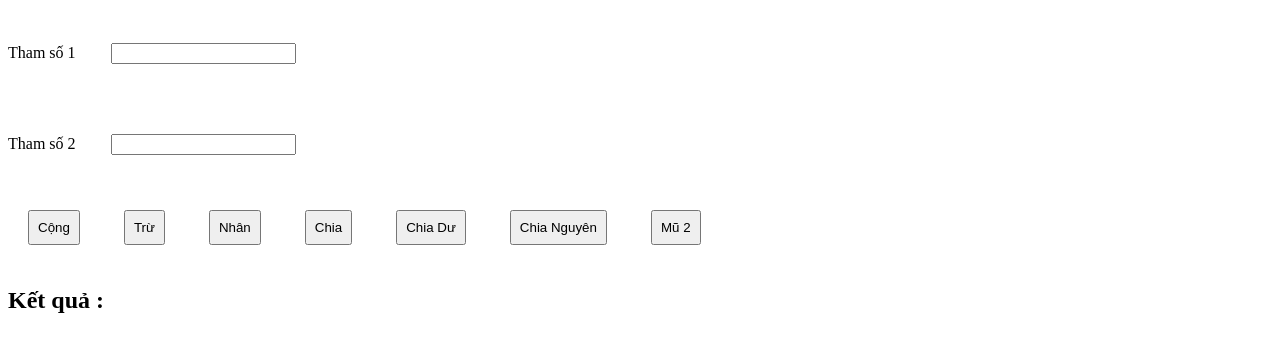
Repository: Toni3498/JsCourse
Page: number/calc.html
These files come from the project's save history. The page is drawn as it stood at one moment and after the next save; the edit follows.
The browser window is 1280 px wide. The pictures show the whole page.

Above is the page before, as saved 2021-08-17 19:40:01.

### number/calc.html
<!DOCTYPE html>
<html lang="en">
  <head>
    <meta charset="UTF-8" />
    <meta http-equiv="X-UA-Compatible" content="IE=edge" />
    <meta name="viewport" content="width=device-width, initial-scale=1.0" />
    <title>JS-Exercises</title>
    <link href="style.css" rel="stylesheet" />
  </head>

  <body>
    <div class="input">
      <label for="ts1">Tham số 1</label><input type="number" id="ts1" /><br />
      <label for="ts2">Tham số 2</label><input type="number" id="ts2" />
    </div>
    <div class="optionCalc">
      <button id="sum">Cộng</button>
      <button id="sub">Trừ</button>
      <button id="mul">Nhân</button>
      <button id="div">Chia</button>

      <button id="chiaDu">Chia Dư</button>
      <button id="chiaNguyen">Chia Nguyên</button>
      <button id="pow">Mũ 2</button>
    </div>
    <div class="result">
      <h2 style="display: inline-block">Kết quả :</h2>
      <h1 style="display: inline-block" id="kq"></h1>
    </div>

    <script>
      var x = document.getElementById('ts1');
      var y = document.getElementById('ts2');

      //1. Hàm cộng 2 tham số
      function sumNumber() {
        document.getElementById('kq').innerHTML = parseInt(x.value) + parseInt(y.value);
      }
      //Hàm trừ 2 tham số
      function subNumber() {
        document.getElementById('kq').innerHTML = parseInt(x.value) - parseInt(y.value);
      }
      //Hàm nhân 2 tham số
      function multiNumber() {
        document.getElementById('kq').innerHTML = parseInt(x.value) * parseInt(y.value);
      }
      // Hàm chia 2 tham số
      function divNumber() {
        document.getElementById('kq').innerHTML = parseFloat(x.value) / parseFloat(y.value);
      }
      //hàm chia dư 2 tham số
      function chiaDu() {
        document.getElementById('kq').innerHTML = parseInt(x.value) % parseInt(y.value);
      }
      // Hàm chia nguyên 2 tham số (a - a % b) / b;
      function chiaNguyen() {
        document.getElementById('kq').innerHTML =
          (parseInt(x.value) - (parseInt(x.value) % parseInt(y.value))) / parseInt(y.value);
      }
      // Hàm mũ 2 tham số
      function powNumber() {
        document.getElementById('kq').innerHTML = parseInt(x.value) ** parseInt(y.value);
      }

      // EventListener
      document.getElementById('sum').addEventListener('click', sumNumber);
      document.getElementById('sub').addEventListener('click', subNumber);
      document.getElementById('mul').addEventListener('click', multiNumber);
      document.getElementById('div').addEventListener('click', divNumber);
      document.getElementById('chiaDu').addEventListener('click', chiaDu);
      document.getElementById('chiaNguyen').addEventListener('click', chiaNguyen);
      document.getElementById('pow').addEventListener('click', powNumber);
    </script>
  </body>
</html>

### number/style.css
.input input {
  margin: 35px;
}
.optionCalc button {
  margin: 20px;
  padding: 8px;
}

After the next save:
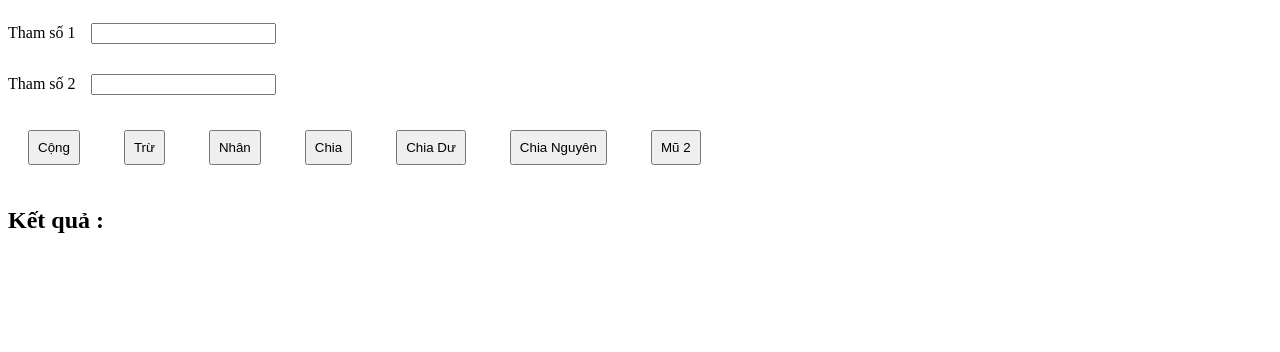
Saved 17 s later.
--- a/number/style.css
+++ b/number/style.css
@@ -1,5 +1,5 @@
 .input input {
-  margin: 35px;
+  margin: 15px;
 }
 .optionCalc button {
   margin: 20px;
